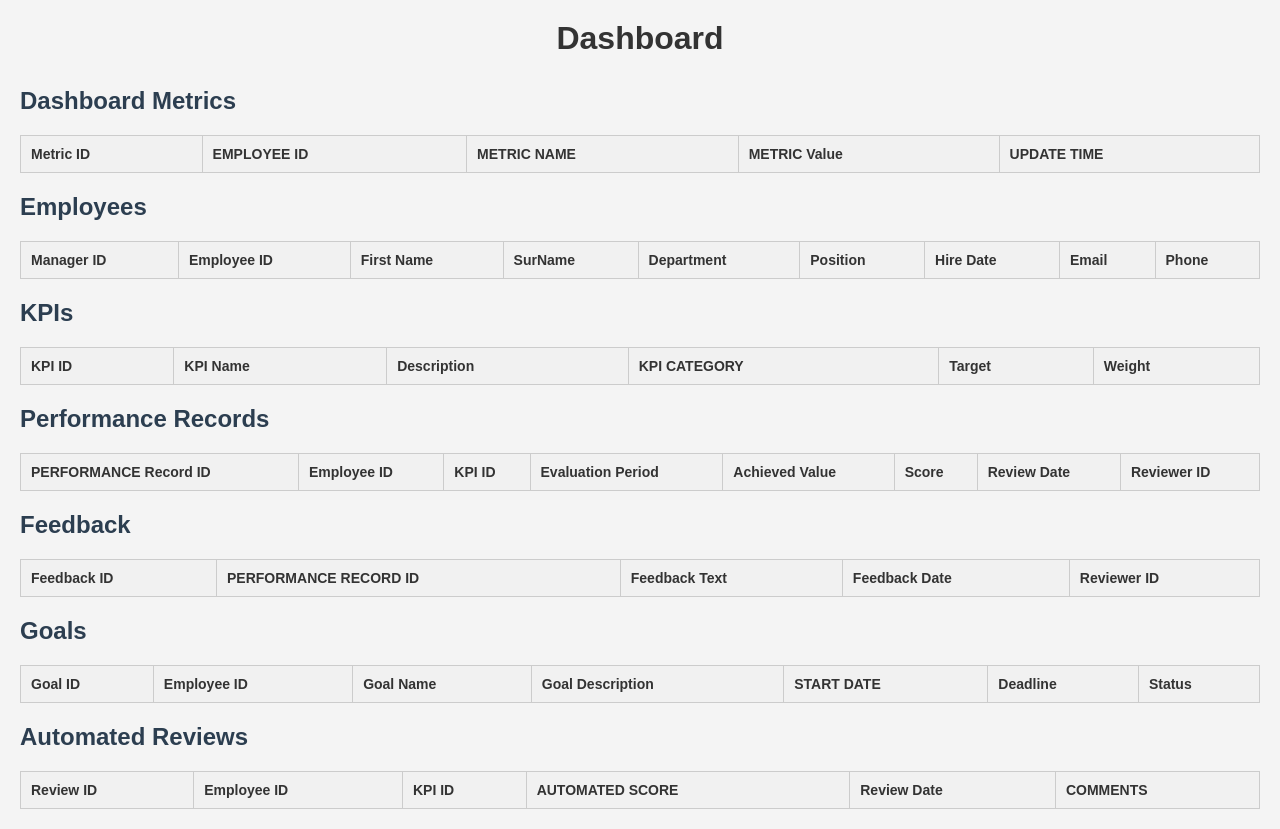
Repository: Wuda2000/Mongodb
Page: http://localhost/dashboard
An editor plug-in stored every save of this project. The page is shown before and after a run of saves, followed by the edit.
The browser window is 1280 px wide. The pictures show the whole page.
The page is served by the project's application, run on Flask 3 (app.py). Queries for data that is not in the repository find no rows.

Above is the page before, as saved 2024-11-11 18:58:13.

### templates/dashboard.html
<!DOCTYPE html>
<html lang="en">
<head>
    <meta charset="UTF-8">
    <meta name="viewport" content="width=device-width, initial-scale=1.0">
    <title>Dashboard</title>
    <link rel="stylesheet" href="{{ url_for('static', filename='styles.css') }}">
</head>
<body>
    <h1>Dashboard</h1>


    <!-- Dashboard Metrics Table -->
    <h2>Dashboard Metrics</h2>
    <table border="1">
        <thead>
            <tr>
                <th>Metric ID</th>
                <th>EMPLOYEE ID</th>
                <th>METRIC NAME</th>
                <th>METRIC Value</th>
                <th>UPDATE TIME</th>
            </tr>
        </thead>
        <tbody>
            {% for metric in dashboard_metrics %}
                <tr>
                    <td>{{ metric['metric_id'] }}</td>
                    <td>{{ metric['employee_id'] }}</td>
                    <td>{{ metric['metric_name'] }}</td>
                    <td>{{ metric['metric_value'] }}</td>
                    <td>{{ metric['update_time'] }}</td>
                </tr>
            {% endfor %}
        </tbody>
    </table>

    <!-- Employees Table -->
    <h2>Employees</h2>
    <table border="1">
        <thead>
            <tr>
                <th>Manager ID</th>
                <th>Employee ID</th>
                <th>First Name</th>
                <th>SurName</th>
                <th>Department</th>
                <th>Position</th>
                <th>Hire Date</th>
                <th>Email</th>
                <th>Phone</th>
            </tr>
        </thead>
        <tbody>
            {% for employee in employees %}
                <tr>
                    <td>{{ employee['manager_id'] }}</td>
                    <td>{{ employee['employee_id'] }}</td>
                    <td>{{ employee['first_name'] }}</td>
                    <td>{{ employee['last_name'] }}</td>
                    <td>{{ employee['department'] }}</td>
                    <td>{{ employee['position'] }}</td>
                    <td>{{ employee['date_hired'] }}</td>
                    <td>{{ employee['email'] }}</td>
                    <td>{{ employee['phone'] }}</td>
                </tr>
            {% endfor %}
        </tbody>
    </table>

    <!-- KPIs Table -->
    <h2>KPIs</h2>
    <table border="1">
        <thead>
            <tr>
                <th>KPI ID</th>
                <th>KPI Name</th>
                <th>Description</th>
                <th>KPI CATEGORY</th>
                <th>Target</th>
                <th>Weight</th>
            </tr>
        </thead>
        <tbody>
            {% for kpi in kpis %}
                <tr>
                    <td>{{ kpi['kpi_id'] }}</td>
                    <td>{{ kpi['kpi_name'] }}</td>
                    <td>{{ kpi['description'] }}</td>
                    <td>{{ kpi['kpi_category'] }}</td>
                    <td>{{ kpi['target_value'] }}</td>
                    <td>{{ kpi['weight'] }}</td>
                </tr>
            {% endfor %}
        </tbody>
    </table>

    <!-- Performance Records Table -->
    <h2>Performance Records</h2>
    <table border="1">
        <thead>
            <tr>
                <th>PERFORMANCE Record ID</th>
                <th>Employee ID</th>
                <th>KPI ID</th>
                <th>Evaluation Period</th>
                <th>Achieved Value</th>
                <th>Score</th>
                <th>Review Date</th>
                <th>Reviewer ID</th>
            </tr>
        </thead>
        <tbody>
            {% for record in performance_records %}
                <tr>
                    <td>{{ record['performance_record_id'] }}</td>
                    <td>{{ record['employee_id'] }}</td>
                    <td>{{ record['kpi_id'] }}</td>
                    <td>{{ record['evaluation_period'] }}</td>
                    <td>{{ record['achieved_value'] }}</td>
                    <td>{{ record['score'] }}</td>
                    <td>{{ record['review_date'] }}</td>
                    <td>{{ record['reviewer_id'] }}</td>
                </tr>
            {% endfor %}
        </tbody>
    </table>

    <!-- Feedback Table -->
    <h2>Feedback</h2>
    <table border="1">
        <thead>
            <tr>
                <th>Feedback ID</th>
                <th>PERFORMANCE RECORD ID</th>
                <th>Feedback Text</th>
                <th>Feedback Date</th>
                <th>Reviewer ID</th>
            </tr>
        </thead>
        <tbody>
            {% for feedback in feedbacks %}
                <tr>
                    <td>{{ feedback['feedback_id'] }}</td>
                    <td>{{ feedback['performance_record_id'] }}</td>
                    <td>{{ feedback['Feedback Text'] }}</td>
                    <td>{{ feedback['Feedback Date'] }}</td>
                    <td>{{ feedback['reviewer_id'] }}</td>
                </tr>
            {% endfor %}
        </tbody>
    </table>

    <!-- Goals Table -->
    <h2>Goals</h2>
    <table border="1">
        <thead>
            <tr>
                <th>Goal ID</th>
                <th>Employee ID</th>
                <th>Goal Name</th>
                <th>Goal Description</th>
                <th>START DATE</th>
                <th>Deadline</th>
                <th>Status</th>
            </tr>
        </thead>
        <tbody>
            {% for goal in goals %}
                <tr>
                    <td>{{ goal['goal_id'] }}</td>
                    <td>{{ goal['employee_id'] }}</td>
                    <td>{{ goal['kpi_id'] }}</td>
                    <td>{{ goal['goal_description'] }}</td>
                    <td>{{ goal['goal_start_date'] }}</td>
                    <td>{{ goal['goal_due_date'] }}</td>
                    <td>{{ goal['goal_status'] }}</td>
                </tr>
            {% endfor %}
        </tbody>
    </table>

    <!-- Automated Reviews Table -->
    <h2>Automated Reviews</h2>
    <table border="1">
        <thead>
            <tr>
                <th>Review ID</th>
                <th>Employee ID</th>
                <th>KPI ID</th>
                <th>AUTOMATED SCORE</th>
                <th>Review Date</th>
                <th>COMMENTS</th>
            </tr>
        </thead>
        <tbody>
            {% for review in automated_reviews %}
                <tr>
                    <td>{{ review['review_id'] }}</td>
                    <td>{{ review['employee_id'] }}</td>
                    <td>{{ review['kpi_id'] }}</td>
                    <td>{{ review['automated_score'] }}</td>
                    <td>{{ review['review_date'] }}</td>
                    <td>{{ review['comments'] }}</td>
                </tr>
            {% endfor %}
        </tbody>
    </table>



</body>
</html>

### app.py
from flask import Flask, render_template
from pymongo import MongoClient

app = Flask(__name__)

# Connect to MongoDB
client = MongoClient('mongodb://localhost:27017/')
db = client['companyDB']

# Access the collections
employees_collection = db['Employees']
kpis_collection = db['KPIs']
performance_records_collection = db['Performance Records']
feedback_collection = db['Feedback']
goals_collection = db['Goals']
automated_reviews_collection = db['Automated Reviews']
dashboard_metrics_collection = db['Dashboard Metrics']

# Route for the home page to display employees
@app.route('/')
def index():
    employees = list(employees_collection.find())
    return render_template('index.html', employees=employees)

# Route to display KPIs
@app.route('/kpis')
def display_kpis():
    kpis = list(kpis_collection.find())
    return render_template('kpis.html', kpis=kpis)

# Route to display Performance Records
@app.route('/performance-records')
def display_performance_records():
    performance_records = list(performance_records_collection.find())
    return render_template('performance_records.html', performance_records=performance_records)

# Route to display Feedback
@app.route('/feedback')
def display_feedback():
    feedbacks = list(feedback_collection.find())
    return render_template('feedback.html', feedbacks=feedbacks)

# Route to display Goals
@app.route('/goals')
def display_goals():
    goals = list(goals_collection.find())
    return render_template('goals.html', goals=goals)

# Route to display Automated Reviews
@app.route('/automated-reviews')
def display_automated_reviews():
    automated_reviews = list(automated_reviews_collection.find())
    return render_template('automated_reviews.html', automated_reviews=automated_reviews)

# Route to display Dashboard Metrics
@app.route('/dashboard-metrics')
def display_dashboard_metrics():
    dashboard_metrics = list(dashboard_metrics_collection.find())
    return render_template('dashboard_metrics.html', dashboard_metrics=dashboard_metrics)

# New route to display everything on one page (Dashboard)
@app.route('/dashboard')
def dashboard():
    # Fetch data from MongoDB collections
    employees = list(employees_collection.find())
    kpis = list(kpis_collection.find())
    performance_records = list(performance_records_collection.find())
    feedbacks = list(feedback_collection.find())
    goals = list(goals_collection.find())
    automated_reviews = list(automated_reviews_collection.find())
    dashboard_metrics = list(dashboard_metrics_collection.find())

    # Pass all data to the dashboard.html template
    return render_template('dashboard.html',
                           employees=employees,
                           kpis=kpis,
                           performance_records=performance_records,
                           feedbacks=feedbacks,
                           goals=goals,
                           automated_reviews=automated_reviews,
                           dashboard_metrics=dashboard_metrics)

if __name__ == '__main__':
    app.run(debug=True)

### static/styles.css
/* Basic reset */
* {
    margin: 0;
    padding: 0;
    box-sizing: border-box;
}

/* Body styling */
body {
    font-family: Arial, sans-serif;
    background-color: #f4f4f4;
    margin: 20px;
}

/* Header styling */
h1 {
    color: #333;
    text-align: center;
    margin-bottom: 30px;
}

h2 {
    color: #555;
    margin-top: 20px;
    font-size: 1.5em;
}

/* Table styling */

table {
    width: 100%;
    margin: 20px 0;
    border-collapse: collapse;
    background-color: white;
}

table, th, td {
    border: 1px solid #ccc;
    padding: 10px;
}

th {
    background-color: #f1f1f1;
    color: #333;
    text-align: left;
}

td {
    color: #555;
}

/* Table hover effect */
tr:hover {
    background-color: #f9f9f9;
}

/* Make sure the content is not too small */
table td, table th {
    font-size: 14px;
    word-wrap: break-word;
}

/* Make the page more readable */
table {
    max-width: 100%;
    overflow-x: auto;
}

h2 {
    font-size: 1.5em;
    color: #2c3e50;
}

After the next 2 saves:
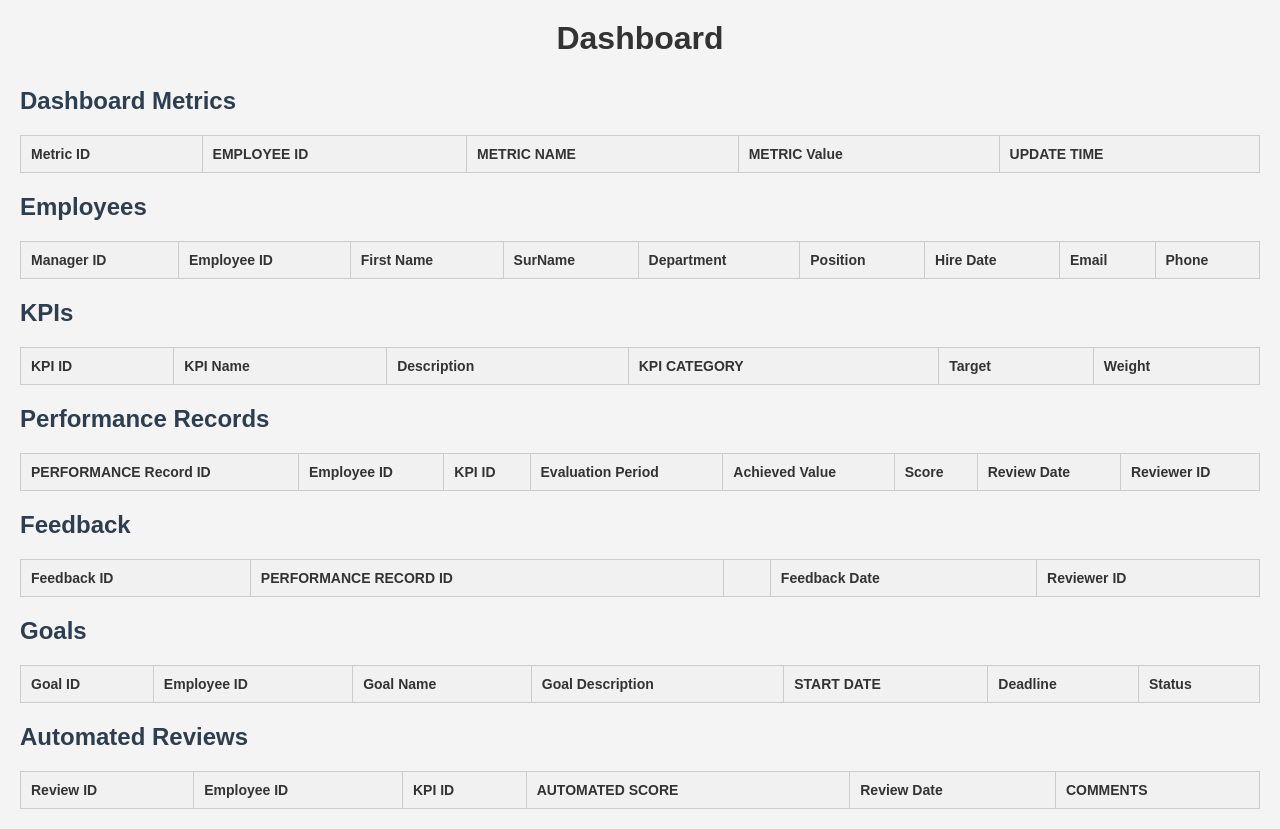
The 2 saves are shown as one change because they came seconds apart.
The last was saved 25 s later.
--- a/templates/dashboard.html
+++ b/templates/dashboard.html
@@ -133,7 +133,7 @@
             <tr>
                 <th>Feedback ID</th>
                 <th>PERFORMANCE RECORD ID</th>
-                <th>Feedback Text</th>
+                <th></th>
                 <th>Feedback Date</th>
                 <th>Reviewer ID</th>
             </tr>
